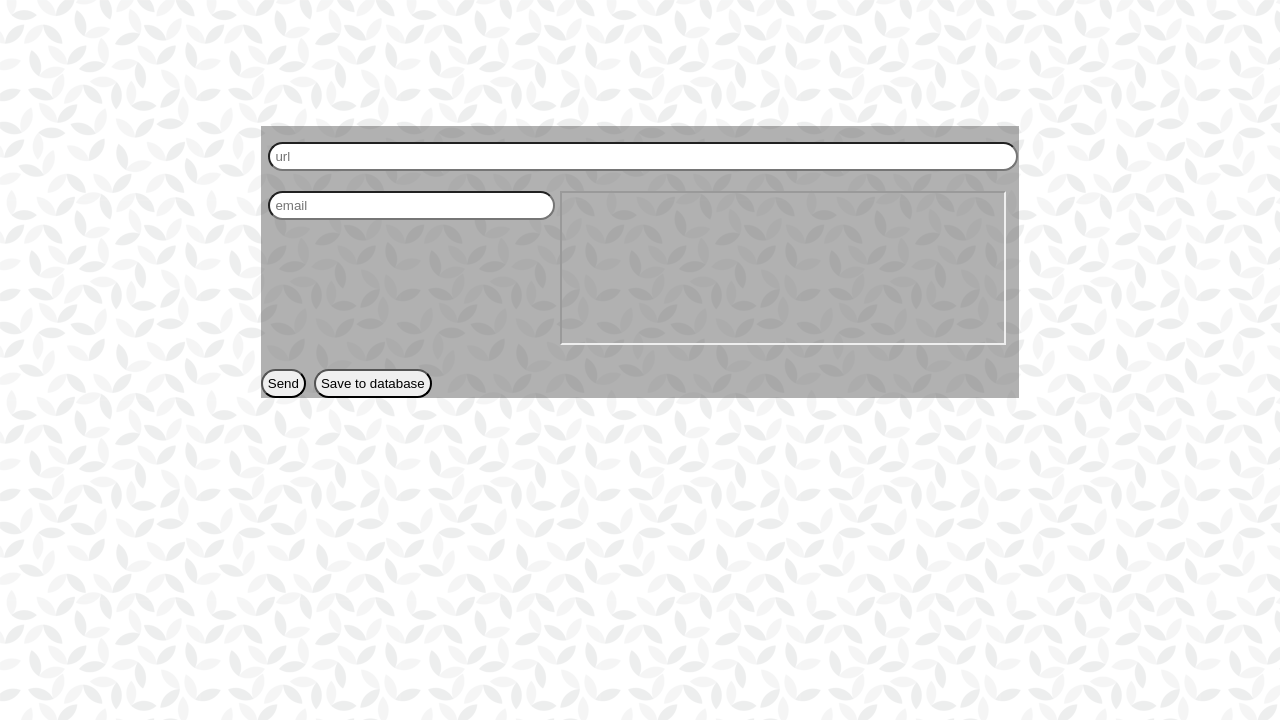
Repository: michalski9wsb/rss_final
Page: index.html
The author's editor kept a copy of each file at every save. The page is drawn from the files as they stood at one save, then again after the next save.
The browser window is 1280 px wide. The pictures show the whole page.

Above is the page before, as saved 2020-02-23 12:40:59.

After the next save:
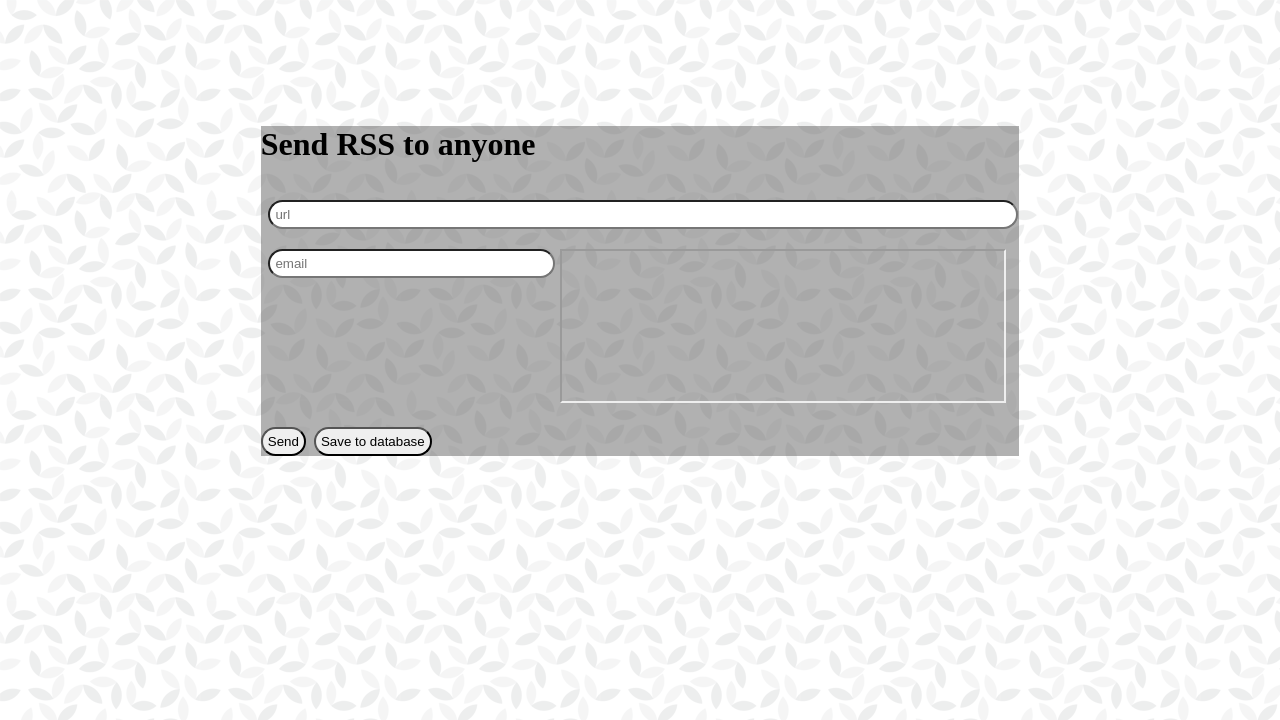
Saved 35 s later.
--- a/index.html
+++ b/index.html
@@ -10,6 +10,7 @@
     </head>
     <body>
         <form method="get" action="send.php">
+            <h1>Send RSS to anyone</h1>
             <div class="url-flex row">
                 <input id="url"  name="url" type="url" placeholder="url"/>
             </div>
